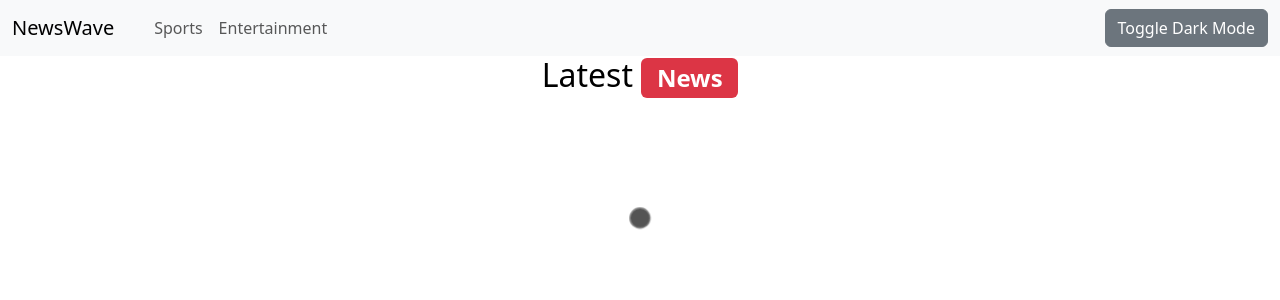
Repository: PranjalTripathi2003/news-wave
Page: /
These files come from the project's save history. The page is drawn as it stood at one moment and after the next save; the edit follows.
The browser window is 1280 px wide. The pictures show the whole page.
The page's requests for data from a server got no answer. The project was rebuilt for these pictures with package versions that can differ from the ones it lists, and the page was loaded fresh each time. No one was signed in, and anything a server would have sent is missing. Also part of the build but not shown: vite.config.js, src/styles/NewsItem.css, src/components/NewsItem.jsx.

Above is the page before, as saved 2024-07-26 11:46:03.

After the next save:
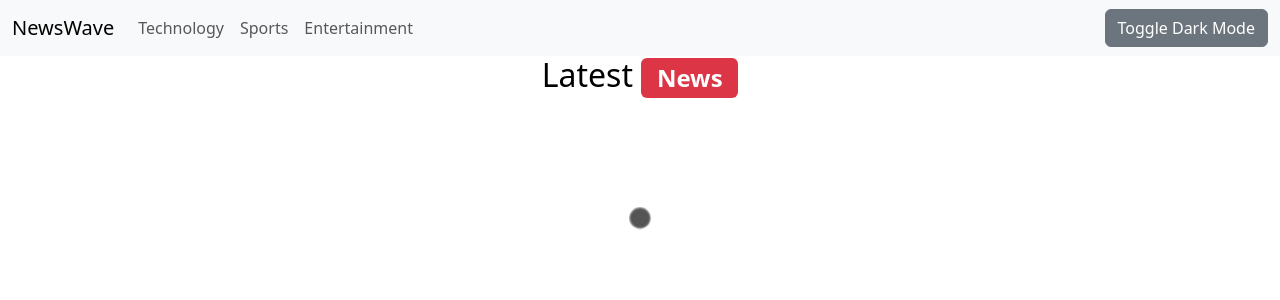
Saved 4 s later.
--- a/src/components/Navbar.jsx
+++ b/src/components/Navbar.jsx
@@ -23,7 +23,7 @@ const Navbar = ({ setCategory, toggleDarkMode }) => {
           <ul className="navbar-nav">
             <li className="nav-item">
               <div className="nav-link" onClick={() => setCategory("science")}>
-
+                Technology
               </div>
             </li>
             <li className="nav-item">
